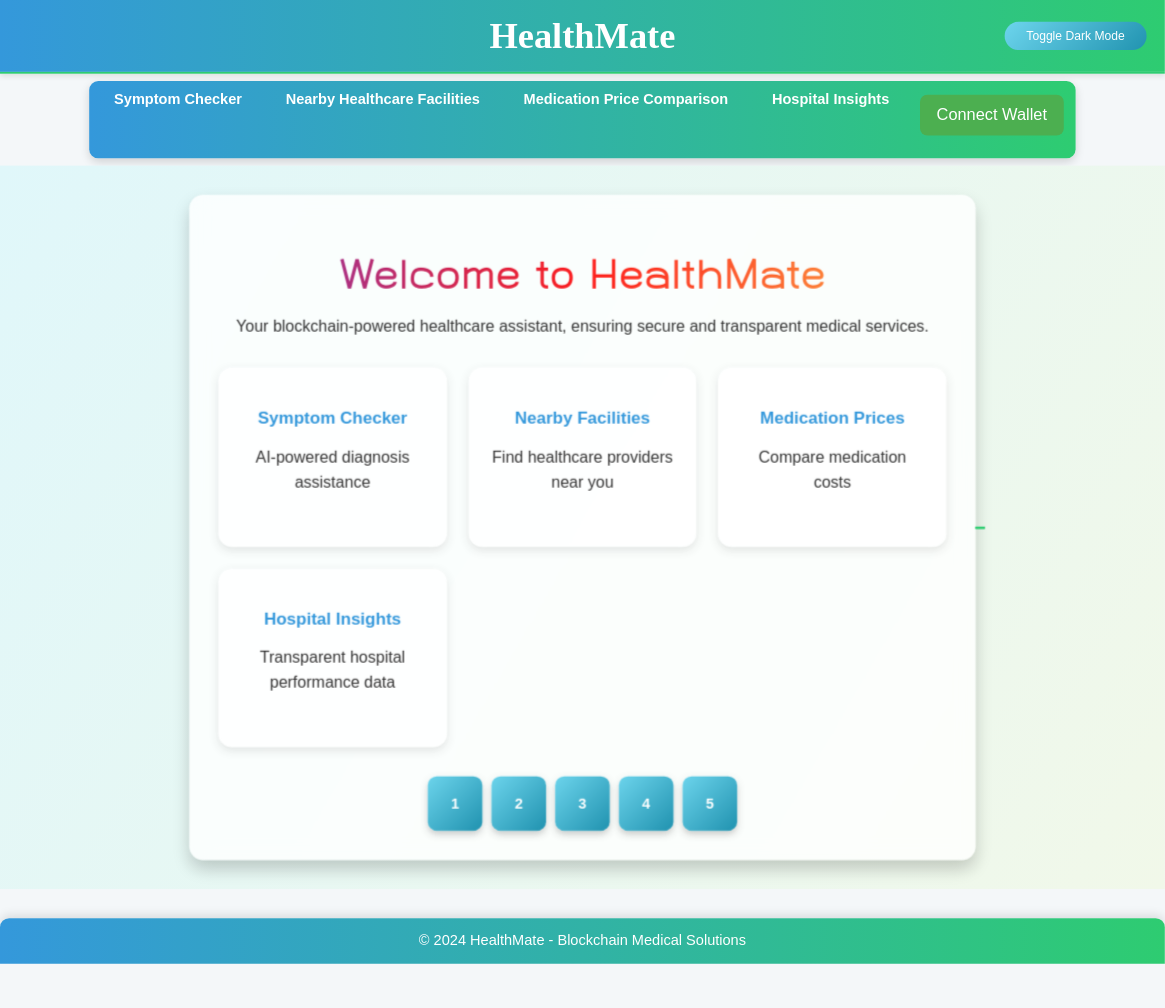
Repository: tmanas06/EP-PROJECT
Page: http://localhost/Medicine_Management_Application/WEB-INF/index.jsp
The author's editor kept a copy of each file at every save. The page is drawn from the files as they stood at one save, then again after the next save.
The browser window is 1280 px wide. The pictures show the whole page, at 91% of full size.
Some icons come from a web library that is not loaded, so they are not drawn. Some web fonts or font styles are not loaded; a fallback is used. The page is served by Tomcat 9. Nobody is signed in. The template is opened directly, without the code that normally fills it, so the values that code supplies are empty.

Above is the page before, as saved 2024-12-05 17:51:14.

After the next save:
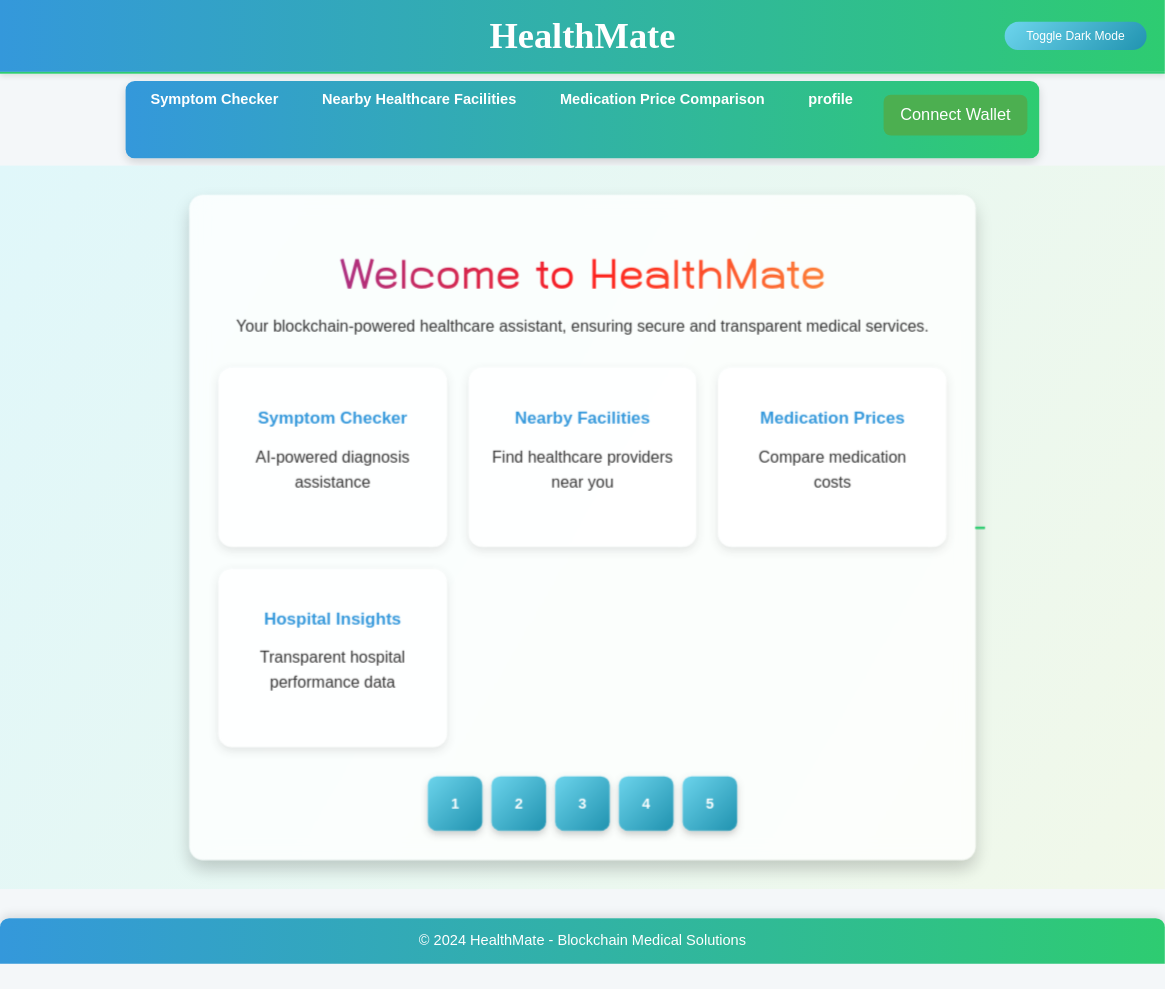
Saved 19 s later.
--- a/Medicine_Management_Application/src/main/webapp/WEB-INF/index.jsp
+++ b/Medicine_Management_Application/src/main/webapp/WEB-INF/index.jsp
@@ -351,7 +351,7 @@
             <li><a href="symptomChecker">Symptom Checker</a></li>
             <li><a href="nearbyFacilities">Nearby Healthcare Facilities</a></li>
             <li><a href="medicationPrices">Medication Price Comparison</a></li>
-            <li><a href="hospitalInsights">Hospital Insights</a></li>
+            <li><a href="profile">profile</a></li>
                 <li><button id="connectWalletBtn">Connect Wallet</button></li>
 
         </ul>
